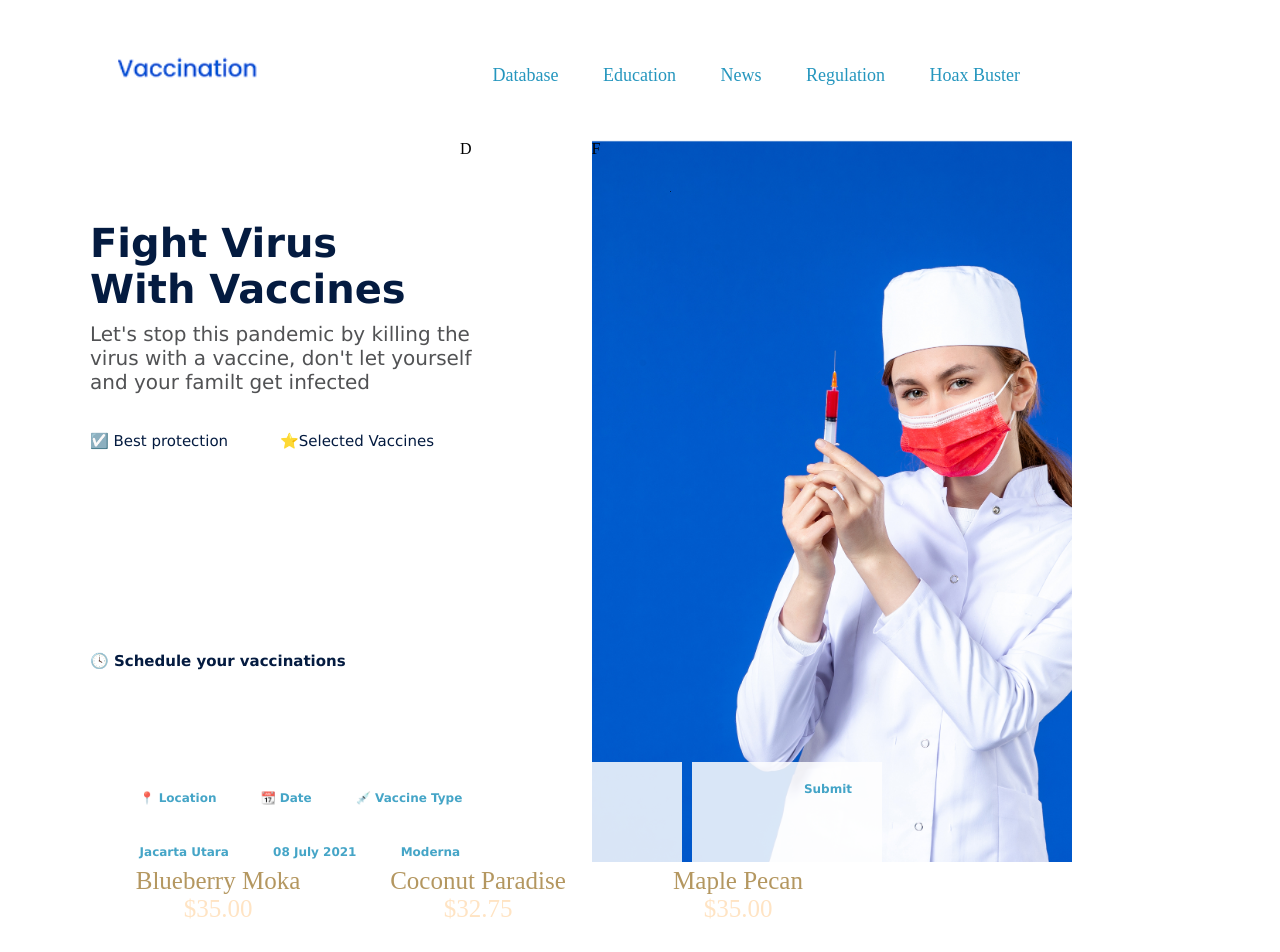
Repository: roge64/cssfrontend
Page: index.html
An editor plug-in stored every save of this project. The page is shown before and after the next save, followed by the edit.
The browser window is 1280 px wide. The pictures show the part of the page from y = 0 to 952 px (the page is 2338 px tall before and 2268 px after).
A picture or video elsewhere on the page could not be fetched, so the positions and the page height are approximate.

Above is the page before, as saved 2022-03-10 18:15:00.

### index.html
<!DOCTYPE html>
<html lang="en">

<head>
    <meta charset="UTF-8">
    <meta http-equiv="X-UA-Compatible" content="IE=edge">
    <meta name="viewport" content="width=device-width, initial-scale=1.0">
    <title>3 Cakes</title>
    <link rel="stylesheet" href="estilos/estilos.css">


</head>

<body>

    <section id="container">

        <header>
            <!--             <p style="color:#b49760"> Only 3 cakes for 3 months, and then we change all! </p> -->

        </header>

    <section id="banner">

        <article id="banner1">

        </article>

        <article id="banner2">
            <ul class="menu">
                <li><a href="#home"></a>Database</li>
                <li><a href="#cakes"></a>Education</li>
                <li><a href="#decor"></a>News</li>
                <li><a href="#order"></a>Regulation</li>
                <li><a href="#admin"></a>Hoax Buster</li>
                <!-- <li><a href="#void"></a>   </li> -->
            </ul>
        </article>

    </section>


<!--     <section id="tienda">
        <article id="cake1"> </article>
        <article id="cake2"> </article>
        <div class="wrapper">
            <div class="box e">E</div>
            <div class="box f">F</div>
            <div class="box g">G</div>
            <div class="box h">H</div>
        </div>
    </section> -->

    <div class="wrapper">
        <div class="box d">D</div>
        <div class="box e" style="color:#041b40">Fight Virus With Vaccines</div>
        <div class="box f">F</div>
        <div class="box g" style="color:#515254"> Let's stop this pandemic by killing the virus with a vaccine, don't let yourself and your familt get infected</div>
        <div class="box h" style="color:#041b40">☑️ Best protection</div>
        <div class="box i" style="color:#041b40"> ⭐Selected Vaccines</div>
        <div class="box j" style="color:#041b40"> 🕓 Schedule your vaccinations</div>

        <article id="banner3">
            <ul class="menu">
                <li><a href="#home"></a>📍 Location</li>
                <li><a href="#cakes"></a>📆 Date</li>
                <li><a href="#decor"></a>💉 Vaccine Type</li>
                <li><a href="#decor"></a></li>
                <li><a href="#home"></a>Jacarta Utara</li>
                <li><a href="#cakes"></a>08 July 2021</li>
                <li><a href="#decor"></a>Moderna</li>
            </ul>
        </article>
        <article id="banner4">
            <ul class="menu">
                <li><a href="#home"></a>Submit</li>
            </ul>
        </article>
    </div>

    <section id="names">
        <article id="name1">
            <p style="color:#b49760"> Blueberry Moka</p>
            <p style="color: bisque"> $35.00</p>
        </article>
        <article id="name2">
            <p style="color:#b49760"> Coconut Paradise</p>
            <p style="color: bisque"> $32.75</p>
        </article>
        <article id="name3">
            <p style="color:#b49760"> Maple Pecan</p>
            <p style="color: bisque"> $35.00</p>
        </article>
    </section>

    <section id="separador">


    </section>

    <section id="social">
        <article id="social1">
            <a href="#"><img src="img/instagram.png" alt="instagram"></a>
            <a href="#"><img src="img/facebook.png" alt="facebook"></a>
            <a href="#"><img src="img/youtube.png" alt="youtube"></a>
            <a href="#"><img src="img/twitter.png" alt="twitter"></a>
        </article>

        <article id="social2">
            <div id="lte_icons-2" class="widget widget_lte_icons">
                <h3 class="lte-header-widget " style="color:bisque"><span class="widget-icon"></span>Contact us
                </h3>
                <ul class="lte-social-icons-list">
                    <li>
                        <a href="#"><span class="lte-ic icon icon-phone-call"></span><span class="lte-header"
                                style="color:bisque">Phone:</span><span class="lte-txt" style="color:#b49760">+52
                                01-2345-6789<br> </span>
                        </a>
                    </li>
                    <li>
                        <a href="#"><span class="lte-ic icon icon-location"></span><span class="lte-header"
                                style="color:bisque">Our location:</span><span class="lte-txt" style="color:#b49760">975
                                FrontEnd Ave, NA 105048, Unknown</span>
                        </a>
                    </li>
                    <li>
                        <a href="#"><span class="lte-ic icon icon-mail"></span><span class="lte-header"
                                style="color:bisque">Email:</span><span class="lte-txt"
                                style="color:#b49760">3cakes@3cakes.com</span>
                        </a>
                    </li>
                    <li>
                        <a href="#">
                            <span class="lte-ic icon icon-mail"></span>
                            <span class="lte-header" style="color:bisque">Hours:</span>
                            <span class="lte-txt" style="color:#b49760">Monday - Friday: 10:00 - 20:00</span>
                            <br>
                            <span class="lte-txt" style="color:#b49760">Saturday -Sunday: 10:00 - 14:00</span>
                        </a>
                    </li>
                </ul>
            </div>

        </article>
    </section>


    <footer>
        <p style="color:#b49760"> Copyright &copy; 2021-<script>
                document.write(new Date().getFullYear())
            </script> Rogelio Valdés All Rights Reserved</p>
        <article id="footer1"></article>
    </footer>

    </section>

</body>

</html>

### estilos/estilos.css
*{
    border: 0 ;
    margin: 0 ;
    padding: 0;
/*     text-decoration: none; */
}

body{
/*     font-family: Geneva; */
    background-color: rgb(0, 0, 0);
    width:1100px;
    margin-left:auto;
    margin-right:auto;

    background-color:white;
/* background-image:
radial-gradient(circle at 100% 150%, black 24%, #101010 24%, #101010 28%, black 28%, black 36%, #101010 36%, #101010 40%, transparent 40%, transparent),
radial-gradient(circle at 0    150%, black 24%, #101010 24%, #101010 28%, black 28%, black 35%, #101010 36%, #101010 40%, transparent 40%, transparent),
radial-gradient(circle at 50%  100%, #101010 10%, black 10%, black 23%, #101010 23%, #101010 30%, black 30%, black 43%, #101010 43%, #101010 50%, black 50%, black 63%, #101010 63%, #101010 71%, transparent 71%, transparent),
radial-gradient(circle at 100% 50%, #101010 5%, black 5%, black 15%, #101010 15%, #101010 20%, black 20%, black 29%, #101010 29%, #101010 34%, black 34%, black 44%, #101010 44%, #101010 49%, transparent 49%, transparent),
radial-gradient(circle at 0    50%, #101010 5%, black 5%, black 15%, #101010 15%, #101010 20%, black 20%, black 29%, #101010 29%, #101010 34%, black 34%, black 44%, #101010 44%, #101010 48%, transparent 49%, transparent);
background-size: 50px 31px;
 */
}

.menu{
    list-style: none;
    padding: 0;
    background: white;
    width: 90%;
    height: 75px;
    max-width: 900px;
    margin: auto;
}

.menu li{
    text-decoration: none;
    color: #2596be;
    padding: 20px;
    display: block;
}

.menu li{
    display: inline-block;
    text-align: right;
}

.menu li:hover{
    background: #2747c5;
}


#container, header, #banner, #noticias, #marcas, footer, #social1{
    /* background-color:rgb(255, 255, 255); */
    background-color:white;
/* background-image:
radial-gradient(circle at 100% 150%, black 24%, #101010 24%, #101010 28%, black 28%, black 36%, #101010 36%, #101010 40%, transparent 40%, transparent),
radial-gradient(circle at 0    150%, black 24%, #101010 24%, #101010 28%, black 28%, black 35%, #101010 36%, #101010 40%, transparent 40%, transparent),
radial-gradient(circle at 50%  100%, #101010 10%, black 10%, black 23%, #101010 23%, #101010 30%, black 30%, black 43%, #101010 43%, #101010 50%, black 50%, black 63%, #101010 63%, #101010 71%, transparent 71%, transparent),
radial-gradient(circle at 100% 50%, #101010 5%, black 5%, black 15%, #101010 15%, #101010 20%, black 20%, black 29%, #101010 29%, #101010 34%, black 34%, black 44%, #101010 44%, #101010 49%, transparent 49%, transparent),
radial-gradient(circle at 0    50%, #101010 5%, black 5%, black 15%, #101010 15%, #101010 20%, black 20%, black 29%, #101010 29%, #101010 34%, black 34%, black 44%, #101010 44%, #101010 48%, transparent 49%, transparent);
background-size: 50px 31px;
 */
    height: 1500px;
    width: 1100px;

}

header{
/*     background-color:antiquewhite;
 */
    height: 40px;
    text-align: center;
    font-size: x-large;

}

#banner{
    background-color:white;
/*     background-color:rgb(25, 25, 25); */
    width: 1100px;
    height: 100px;


}


#noticias{
/*     background-color: antiquewhite;
 */
    height: 200px;
}

#tienda #names{
/*     background-color: grey; */
/* background-color:black;
background-image:
radial-gradient(circle at 100% 150%, black 24%, #101010 24%, #101010 28%, black 28%, black 36%, #101010 36%, #101010 40%, transparent 40%, transparent),
radial-gradient(circle at 0    150%, black 24%, #101010 24%, #101010 28%, black 28%, black 35%, #101010 36%, #101010 40%, transparent 40%, transparent),
radial-gradient(circle at 50%  100%, #101010 10%, black 10%, black 23%, #101010 23%, #101010 30%, black 30%, black 43%, #101010 43%, #101010 50%, black 50%, black 63%, #101010 63%, #101010 71%, transparent 71%, transparent),
radial-gradient(circle at 100% 50%, #101010 5%, black 5%, black 15%, #101010 15%, #101010 20%, black 20%, black 29%, #101010 29%, #101010 34%, black 34%, black 44%, #101010 44%, #101010 49%, transparent 49%, transparent),
radial-gradient(circle at 0    50%, #101010 5%, black 5%, black 15%, #101010 15%, #101010 20%, black 20%, black 29%, #101010 29%, #101010 34%, black 34%, black 44%, #101010 44%, #101010 48%, transparent 49%, transparent);
background-size: 50px 31px; */

    height: 300px;
    width: 1000px;
    padding-left: 10px;
    padding-right: 10px;
    padding-top: 5px;
    text-align: center;
}

#marcas{
/*     background-color:rgb(58, 41, 18); */
    height: 205px;
}


footer{
    width: 800px;
/*     background-color:rgb(0, 0, 0); */
    text-align: center;
    height: 25px;
    padding-top: 7px;

}


#banner #banner1{
/*     background-color: rgb(180, 134, 73); */
    width: 170px;
    height: 50px;
    float: left;
    text-align: center;
/*     display: inline-block; */
    margin: 5px 5px;
    background-image: url("../img/logo1.png");
    background-repeat: no-repeat;
    background-size: cover;
}

#banner #banner2{
/*     background-color: rgb(180, 134, 73); */
    width: 750px;
    height: 100px;
    float: right;
/*     display: inline-block; */
    /* vertical-align: center;  */
    margin: 5px 5px;
    font-size: 18px;
}

#noticias #news1{
/*     background-color: rgb(41, 38, 34); */
    font-size: 50px;

    text-align: center;
    width: 790px;
    height: 200px;
    display: inline-block;
    vertical-align: center;
    margin: 5px 5px;

}


#tienda #cake1{
    background: rgb(109, 175, 33);
    width: 480px;
    height: 485px;
    display: inline-block;
    vertical-align: top;
    margin: 5px 8px;

}

#tienda #cake2{
    background: cornflowerblue;
    width: 450px;
    height: 585px;
    display: inline-block;
    vertical-align: top;
    margin: 5px 70px;
    background-image: url("../img/picx1.png");
    background-repeat: no-repeat;
    background-size: cover;
}

/* #tienda #cake3{
    background: rgb(175, 169, 112);
    width: 240px;
    height: 285px;
    display: inline-block;
    vertical-align: top;
    margin: 5px 5px;
} */

#names #name1{
    font-size: 25px;
    text-align: center;
    width: 240px;
    height: 60px;
    display: inline-block;
    vertical-align: top;
    margin: 5px 8px;
}

#names #name2{
    font-size: 25px;
    text-align: center;
    width: 240px;
    height: 60px;
    display: inline-block;
    vertical-align: top;
    margin: 5px 8px;
}

#names #name3{
    font-size: 25px;
    text-align: center;
    width: 240px;
    height: 60px;
    display: inline-block;
    vertical-align: top;
    margin: 5px 8px;
}

#social #social1{
    text-decoration: none;
/*     background: rgb(109, 175, 33); */
    width: 375px;
    height: 150px;
    display: inline-block;
    vertical-align: center;
    margin: 10px 12px;
}

#social #social2{
    text-decoration: none;
/*     background: rgb(109, 175, 33); */
    width: 375px;
    height: 150px;
    display: inline-block;
    vertical-align: center;
    margin: 10px 10px;
}

#social #social1 {
    color: rgb(175, 169, 112);


}

#separador {
        width: 800px;
        text-align: center;
        height: 100px;

}

.wrapper {
    display: grid;
    grid-template-columns: repeat(1, 1fr);
    gap: 10px;
    grid-auto-rows: minmax(100px, auto);
  }


  .e {
    grid-column: 1 / 38;
    grid-row: 1 / 2;
    margin-top: 80px;
    background-color:white;
    font-family:Verdana, Geneva, Tahoma, sans-serif;
    font-size: 40px;
    font-weight: 600;
    font-stretch: expanded;
  }
  .f {
    grid-column: 50 / 99;
    grid-row: 1 / 7;
    background-color:aqua;
    background-image: url("../img/picx1.png");
    background-repeat: no-repeat;
    background-size: cover;

  }
  .g {
    grid-column: 1 / 40;
    grid-row: 2 / 3;
    margin-top: 20;
    background-color:white;
    font-family:Verdana, Geneva, Tahoma, sans-serif;
    font-size: 20px;
    font-weight: 500;
    font-stretch: expanded;
  }
  .h {
    grid-column: 1 / 20;
    grid-row: 3 / 3;
    background-color:white;
    font-family:Verdana, Geneva, Tahoma, sans-serif;
    font-size: 15px;
    font-weight: 200;
    font-stretch: expanded;
  }
  .i {
    grid-column: 20 / 40;
    grid-row: 3 / 3;
    background-color:white;
    font-family:Verdana, Geneva, Tahoma, sans-serif;
    font-size: 15px;
    font-weight: 200;
    font-stretch: expanded;
  }
  .j {
    grid-column: 1 / 40;
    grid-row: 5 / 5;
    background-color:white;
    font-family:Verdana, Geneva, Tahoma, sans-serif;
    font-size: 15px;
    font-weight: 600;
    font-stretch: expanded;
  }
  .k {
    grid-column: 1 / 40;
    grid-row: 7 / 7;
    background-color:cyan;
    font-family:Verdana, Geneva, Tahoma, sans-serif;
    font-size: 20px;
    font-weight: 500;
    font-stretch: expanded;
  }

  #banner3 {
    grid-column: 1 / 60;
    grid-row: 6 / 6;
    background-color:white;
    font-family:Verdana, Geneva, Tahoma, sans-serif;
    font-size: 12px;
    font-weight: 600;
    font-stretch: expanded;
    opacity: .85;
  }

  #banner4 {
    grid-column: 60 / 80;
    grid-row: 6 / 6;
    background-color:white;
    font-family:Verdana, Geneva, Tahoma, sans-serif;
    font-size: 12px;
    font-weight: 600;
    font-stretch: expanded;
    text-align: right;
    opacity: .85;
  }

  .#banner4 :hover{
    background: #2747c5;
}

After the next save:
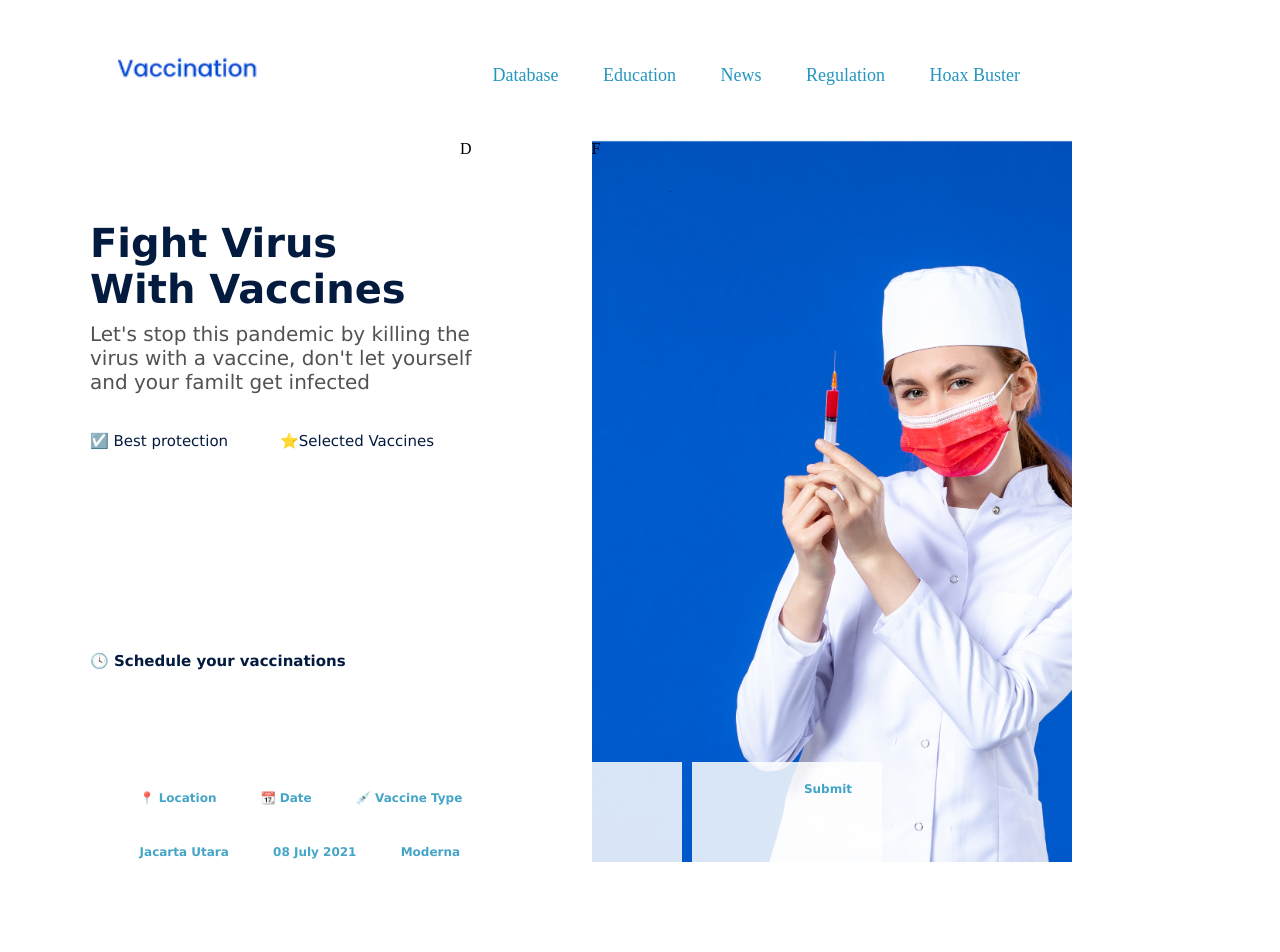
Saved 39 s later.
--- a/index.html
+++ b/index.html
@@ -77,7 +77,7 @@
             </ul>
         </article>
     </div>
-
+<!--
     <section id="names">
         <article id="name1">
             <p style="color:#b49760"> Blueberry Moka</p>
@@ -91,7 +91,7 @@
             <p style="color:#b49760"> Maple Pecan</p>
             <p style="color: bisque"> $35.00</p>
         </article>
-    </section>
+    </section> -->
 
     <section id="separador">
 
